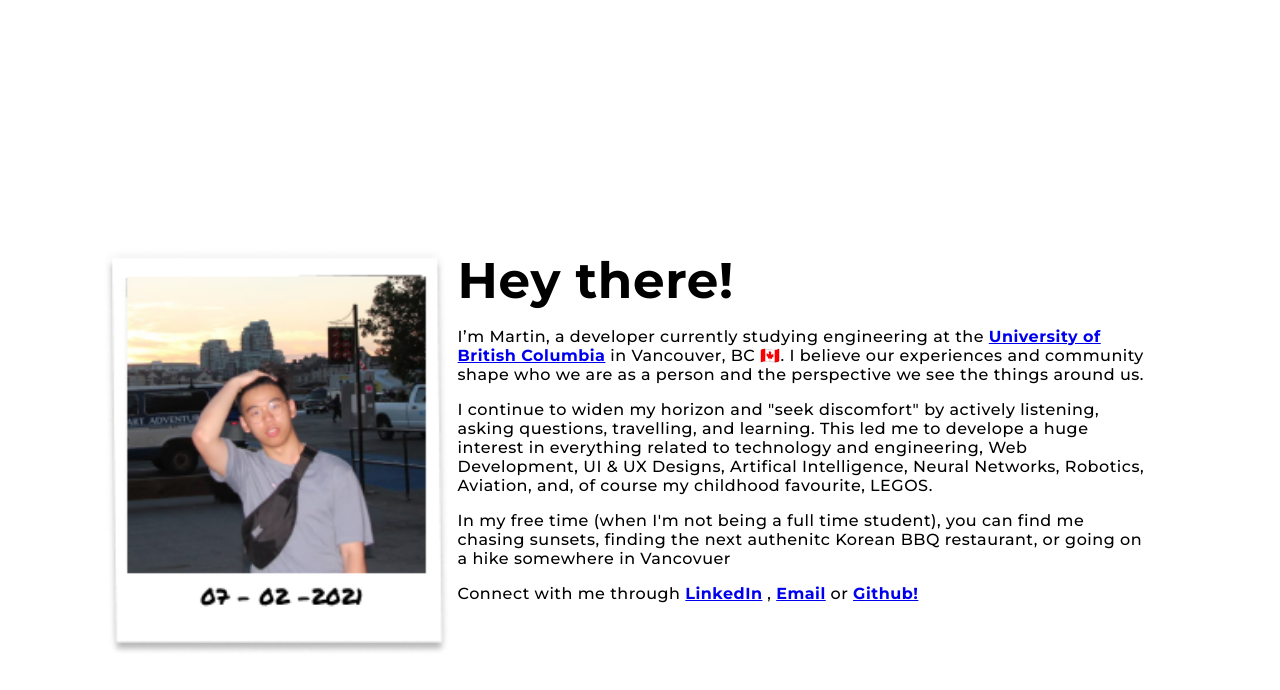
Repository: TangMartin/martintang
Page: pages/aboutme.html
The author's editor kept a copy of each file at every save. The page is drawn from the files as they stood at one save, then again after the next save.
The browser window is 1280 px wide. The pictures show the whole page.

Above is the page before, as saved 2021-11-25 00:58:59.

After the next save:
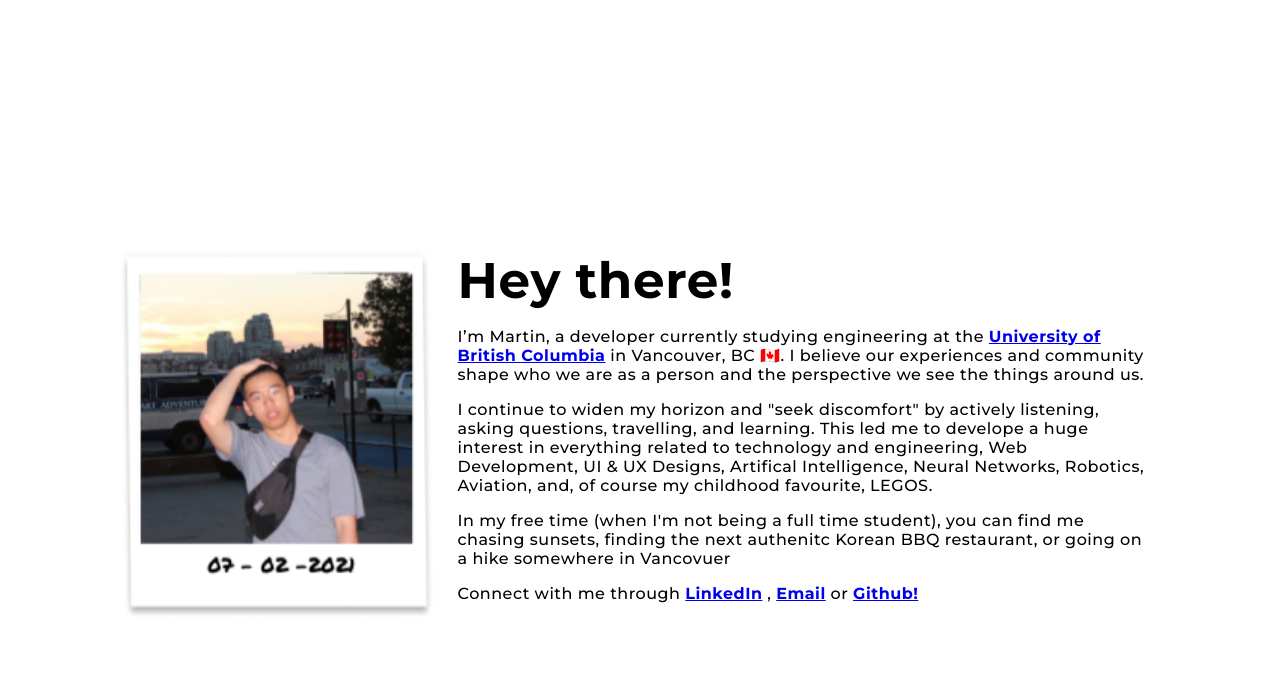
Saved 9 s later.
--- a/styles/style.css
+++ b/styles/style.css
@@ -167,7 +167,7 @@ h3 {
 /* ABOUT ME */
 .aboutme_image {
     max-width: auto;
-    height: 110%;
+    height: 100%;
     justify-content: center;
     opacity: 0;
 	animation: fadeIn;
